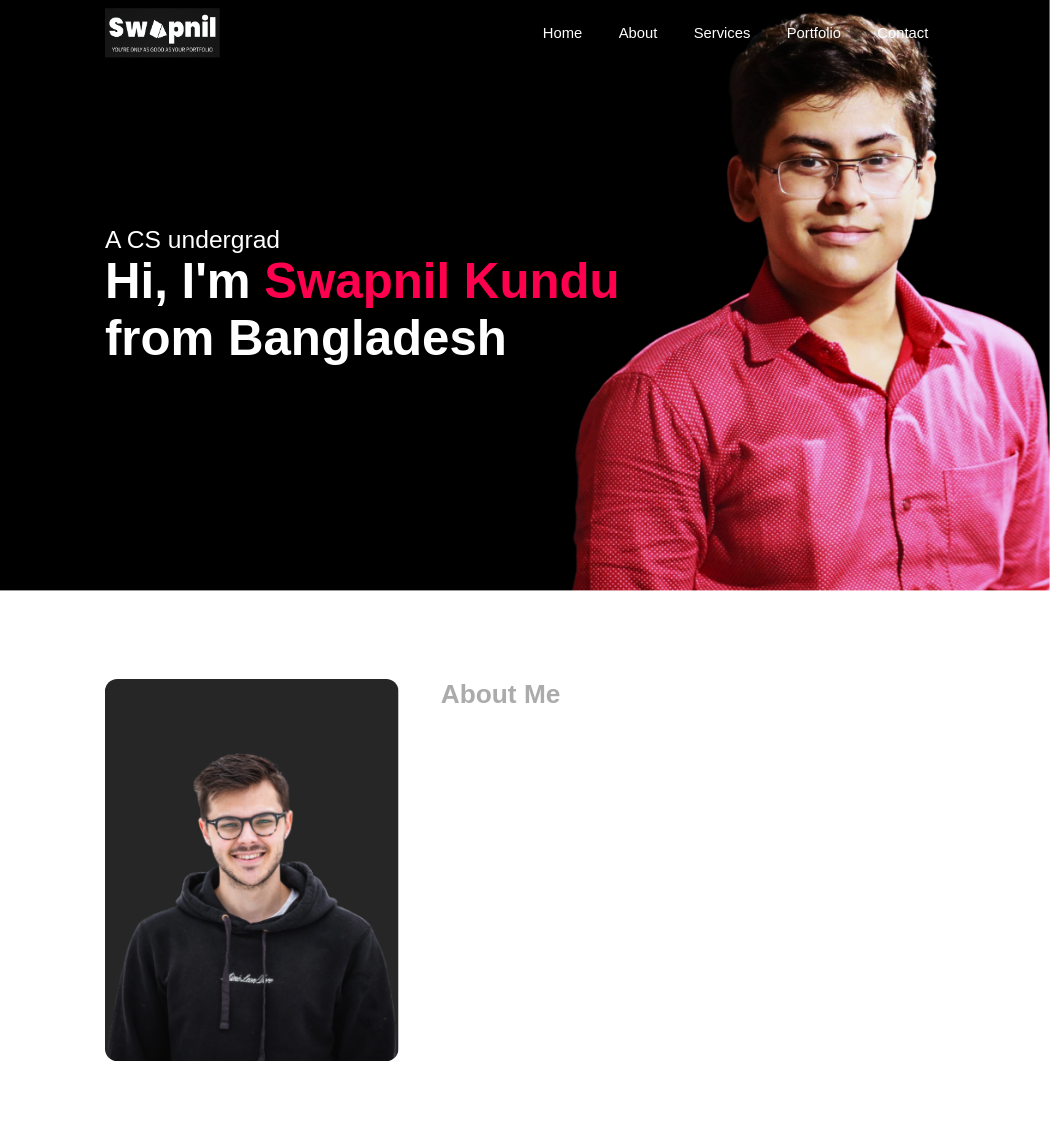
Repository: SwapnilKundu/portfolio
Page: index.html
An editor plug-in stored every save of this project. The page is shown before and after a run of saves, followed by the edit.
The browser window is 1280 px wide. The pictures show the whole page, at 82% of full size.

Above is the page before, as saved 2024-01-19 10:26:17.

### index.html
<!DOCTYPE html>
<html lang="en">
<head>
    <meta charset="UTF-8">
    <meta name="viewport" content="width=device-width, initial-scale=1.0">
    <title>Personal Portfolio Website</title>
    <link rel="stylesheet" href="style.css">
</head>
<body>
  <div id="header">
    <div class="container">
        <nav>
            <img src="images/logo1.png" class= "logo" width="40" height="60">
            <ul>
                <li><a href ="#">Home</a></li>
                <li><a href ="#">About</a></li>
                <li><a href ="#">Services</a></li>
                <li><a href ="#">Portfolio</a></li>
                <li><a href ="#">Contact</a></li>
            </ul>
        </nav>
        <div class="header-text">

            <p>A CS undergrad </p>
            <h1>Hi, I'm <span>Swapnil Kundu</span> <br> from Bangladesh</h1>
        </div>
    </div>
  </div>
  -----about-------
  <div id ="about">
    <div class ="container">

        <div class ="row">
            <div class ="about-col-1">
                <img src="images/user.png">
            </div>
            <div class ="about-col-2">

                <h1 class ="sub-title">
                    About Me
                </h1>
            </div>

        </div>
    </div>
  </div>
</body>
</html>

### style.css
*
{
    margin: 0;
    padding: 0;
    font-family: 'Poppins',sans-serif;
    box-sizing: border-box;
}

body
{
    background: #ffff;
    color: #fff;
}
#header
{
    width: 100%;
    height: 100vh;
    background-image: url(images/ccc2.png);
    background-size: cover;
    background-position: left;
    background-repeat: no-repeat;
    overflow: hidden;
}
.container
{
padding: 10px 10%;
}
nav{
    display: flex;
    align-items: center;
    justify-content: space-between;
    flex-wrap: wrap;
}
.logo{
    width: 140px;
}

nav ul li{
    display:inline-block;
    list-style: none;
    margin: 10px 20px;

}
nav ul li a{
    color: #fff;
    text-decoration:none ;
    font-size: 18px;
    position: relative;
}

nav ul li a::after
{
    content: '';
    width:0;
    height:3px;
    background:#ff004f;
    position: absolute;
    left: 0;
    bottom: -6px;
    transition: 0.5s;

}
nav ul li a:hover::after
{
    width:100%;
}
.header-text{
    margin-top: 20%;
    font-size: 30px;
}
.header-text h1
{
    font-size:60px;
}
.header-text h1 span
{
    color:#ff004f;
}

/*aboout*/
#about
{
    padding:80px 0;
    color:#ababab;
}
.row
{
    display: flex;
    justify-content: space-between;
    flex-wrap: wrap;
}

.about-col-1{
    flex-basis:35%;
}
.about-col-1 img
{
    width: 100%;
    border-radius: 15px;
}

.about-col-2
{
    flex-basis: 60%;
}

After the next 2 saves:
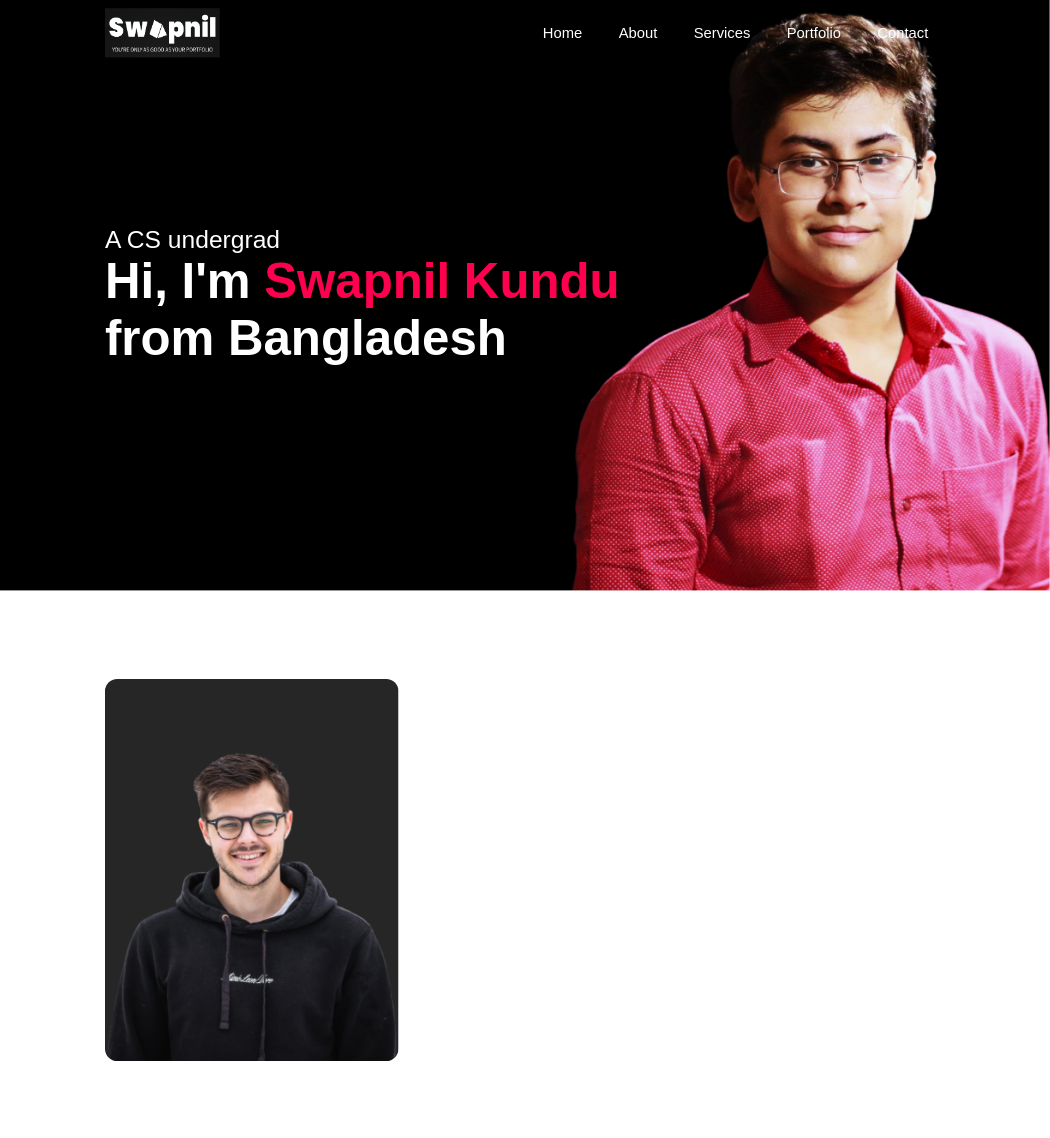
The 2 saves are shown as one change because they came seconds apart.
The last was saved 18 s later.
--- a/index.html
+++ b/index.html
@@ -36,7 +36,7 @@
             </div>
             <div class ="about-col-2">
 
-                <h1 class ="sub-title">
+                <h1 class ="sub-title"
                     About Me
                 </h1>
             </div>
